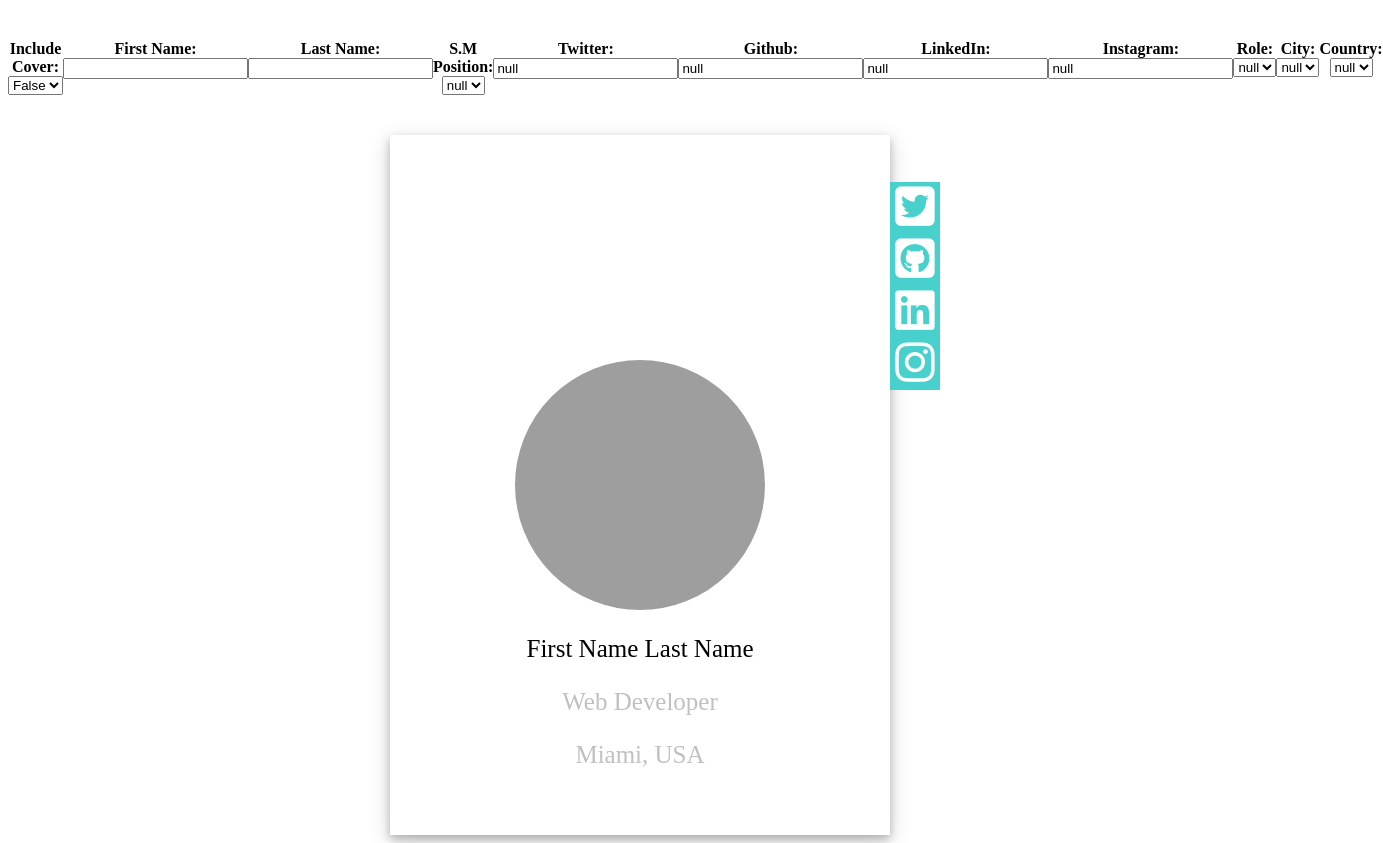
Repository: DJaye33/conditional-profile-card
Page: index.html
The author's editor kept a record of every edit. The page is drawn from the files as they stood at one moment, then again after the next edit.
The browser window is 1280 px wide. The page is 1383 px wide, so the pictures cover 1383 px, including what lies to the right of the window. The pictures show the whole page.
Pictures or frames that could not be fetched are drawn as grey boxes. Some web libraries are served in a nearby version.

Above is the page before.
Console error: TypeError: Cannot read properties of null (reading 'addEventListener')

After the next edit:
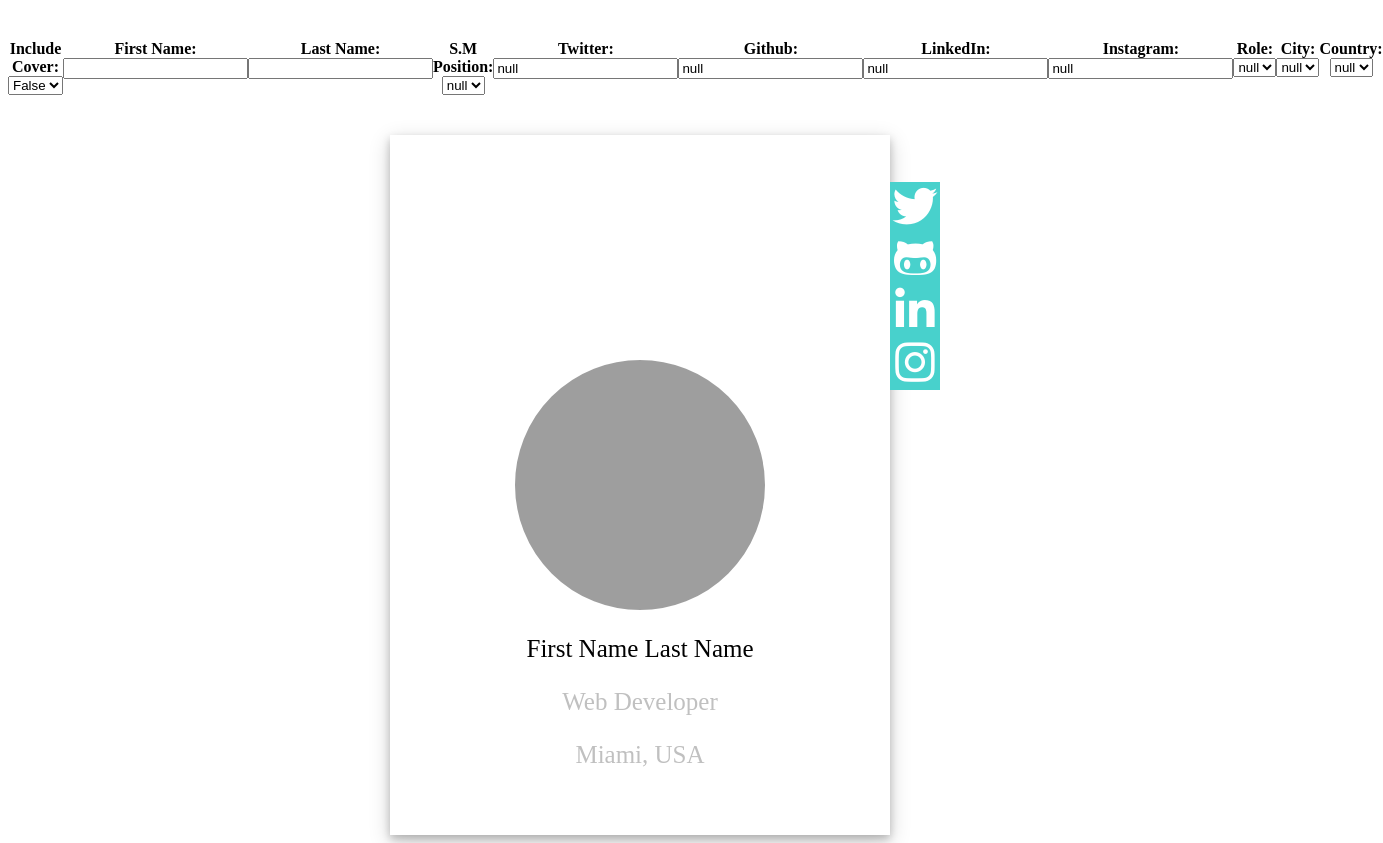
The edit:
--- a/index.html
+++ b/index.html
@@ -103,9 +103,9 @@
                 <p class='mute-text'>Miami, USA</p>
             </div>
             <ul id='social-links'>
-                <li><i class="fab fa-twitter-square"></i></li>
-                <li><i class="fab fa-github-square"></i></li>
-                <li><i class="fab fa-linkedin"></i></li>
+                <li><i class="fab fa-twitter"></i></li>
+                <li><i class="fab fa-github-alt"></i></li>
+                <li><i class="fab fa-linkedin-in"></i></li>
                 <li><i class="fab fa-instagram"></i></li>
             </ul>
 
